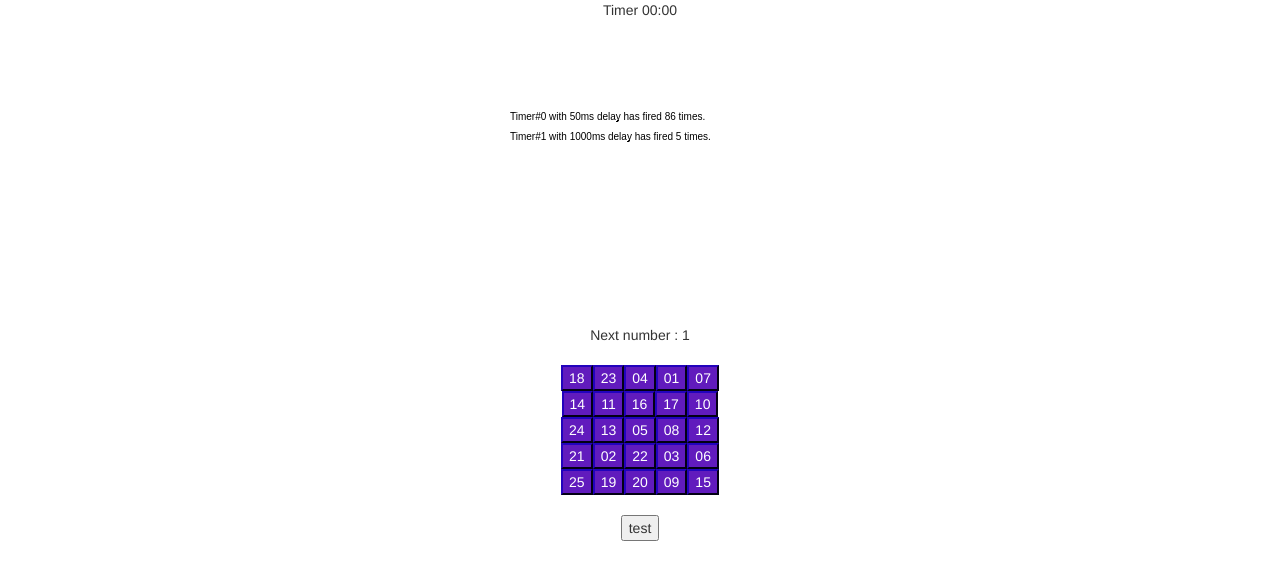
Repository: mikelily/lab
Page: oneTo25/game.2.html
The author's editor kept a record of every edit. The page is drawn from the files as they stood at one moment, then again after the next edit.
The browser window is 1280 px wide. The pictures show the whole page.

Above is the page before.

### oneTo25/game.2.html
<!DOCTYPE html>
<html>
    <head>
        <meta charset="UTF-8">
        <title>1 - 25</title>

        <meta name="viewport" content="width=device-width, initial-scale=1">
        <link href="css/bootstrap.min.css" rel="stylesheet">
        <link href="css/bootstrap-button.css" rel="stylesheet">

        <link href="css/style_ok.css" rel="stylesheet">
        <script type="text/javascript" src="js/jquery.js"></script>
        <script>
            var oneTo25 = [];
            // var oneTo25Random = [];
            for (var i=0;i<25;i++){
                if(i<9){
                    oneTo25[i] = "0"+(i+1);
                }else
                    oneTo25[i] = i+1;
            }

            $(document).ready(function () {
                placeBtn();
            });

            $(".num25").each(function (key, obj) {
                $(obj).data("num25", oneTo25[key]);
            })

            function placeBtn(){
                $("#nextN").text(nextNum);
                var html = "";
                var brNow = 0;
                random25();
                for (i = 0 ; i < 25 ; i++){
                    if(brNow==5){
                        html += "<br>";
                        brNow =0;
                    }
                    html += '<button type="button" name="btn'+oneTo25[i]+'" id="btn'+
                    oneTo25[i]+'"class="num25 btn-num" data-num25="btn'+oneTo25[i]+
                    '" onclick="btnClick('+oneTo25[i]+')">'+oneTo25[i]+' </button>';
                    brNow++;
                }
                $("#container").html(html);

            }
        </script>
    </head>
    <body>
        <center>
            <div> Timer 00:00</div>
            <canvas id="canvas" width=300 height=300></canvas>
            <div>
                <text>Next number : </text>
                <text id="nextN"></text>
            </div>
            <br>
            <div id="container"></div><br>
            <div>
                <button onclick="btnTest()">test</button>
            </div>
            <script>


            function btnTest(){
                placeBtn();
            }

            var nextNum = 1;
            var rightNum = -1;

            function btnClick(i){
                console.log(i);
                if(nextNum == i){
                    nextNum++;  //if nextNum == 26 -> End Game
                    if (nextNum == 26){
                        nextNum = 1;
                        //endGame
                    }


                    $("#nextN").text(nextNum);

                    if(i<10){
                        $("#btn0"+i).prop('disabled', true);
                        $("#btn0"+i).removeClass("btn-num");
                        $("#btn0"+i).addClass("btn-numC");
                    }else{
                        $("#btn"+i).prop('disabled', true);
                        $("#btn"+i).removeClass("btn-num");
                        $("#btn"+i).addClass("btn-numC");
                    }
                }


                //console.log(i);
            }

            function random25(){
                for(var i=0;i<50;i++){  //打亂50次
                    var twoNum = getRandomArray(0,24,2);
                    var j = twoNum[0];
                    var k = twoNum[1];
                    var temp = "";
                    temp = oneTo25[j];
                    oneTo25[j] = oneTo25[k];
                    oneTo25[k] = temp;
                    //console.log("第"+(i+1)+"次：change "+j+" , "+k);

                }
            }

            // =========Timer Code=========
            var canvas=document.getElementById("canvas");
            var ctx=canvas.getContext("2d");
            var cw=canvas.width;
            var ch=canvas.height;


            var timers=[];
            timers.push({delay:50,nextFireTime:0,doFunction:doTimers,counter:0});
            timers.push({delay:1000,nextFireTime:0,doFunction:doTimers,counter:0});
            //timers.push({delay:5000,nextFireTime:0,doFunction:doTimers,counter:0});

            requestAnimationFrame(timerLoop);

            function timerLoop(currentTime){
              requestAnimationFrame(timerLoop);

              for(var i=0;i<timers.length;i++){
                if(currentTime>timers[i].nextFireTime){
                  var t=timers[i];
                  t.nextFireTime=currentTime+t.delay;
                  t.doFunction(t,i);
                }
              }

            }

            function doTimers(t,i){
              ctx.clearRect(0,100+i*20-20,cw,20);
              ctx.fillText('Timer#'+i+' with '+t.delay+'ms delay has fired '+(++t.counter)+' times.',20,100+20*i);
            }
            // =========Timer Code=========


            function getRandom(minNum, maxNum) {	//取得 minNum(最小值) ~ maxNum(最大值) 之間的亂數
            	return Math.floor( Math.random() * (maxNum - minNum + 1) ) + minNum;
            }

            function getRandomArray(minNum, maxNum, n) {	//隨機產生不重覆的n個數字
            	var rdmArray = [n];		//儲存產生的陣列

            	for(var i=0; i<n; i++) {
            		var rdm = 0;		//暫存的亂數

            		do {
            			var exist = false;			//此亂數是否已存在
            			rdm = getRandom(minNum, maxNum);	//取得亂數

            			//檢查亂數是否存在於陣列中，若存在則繼續回圈
            			if(rdmArray.indexOf(rdm) != -1) exist = true;

            		} while (exist);	//產生沒出現過的亂數時離開迴圈

            		rdmArray[i] = rdm;
            	}
            	return rdmArray;
            }
            </script>
        </center>
    </body>
</html>

### oneTo25/css/bootstrap-button.css
.btn-num {
  color: #ffffff;
  background-color: #611BBD;
  border-color: #130269;
  /*size: 20;*/
}

.btn-num:hover,
.btn-num:focus,
.btn-num:active,
.btn-num.active,
.open .dropdown-toggle.btn-num {
  color: #ffffff;
  background-color: #49247A;
  border-color: #130269;
}

.btn-num:active,
.btn-num.active,
.open .dropdown-toggle.btn-num {
  background-image: none;
}

.btn-num.disabled,
.btn-num[disabled],
fieldset[disabled] .btn-num,
.btn-num.disabled:hover,
.btn-num[disabled]:hover,
fieldset[disabled] .btn-num:hover,
.btn-num.disabled:focus,
.btn-num[disabled]:focus,
fieldset[disabled] .btn-num:focus,
.btn-num.disabled:active,
.btn-num[disabled]:active,
fieldset[disabled] .btn-num:active,
.btn-num.disabled.active,
.btn-num[disabled].active,
fieldset[disabled] .btn-num.active {
  background-color: #611BBD;
  border-color: #130269;
}

.btn-num .badge {
  color: #611BBD;
  background-color: #ffffff;
}

/*=============================*/

.btn-numC {
  color: #ffffff;
  background-color: #E8E1F2;
  border-color: #F3F2FA;
}

.btn-numC:hover,
.btn-numC:focus,
.btn-numC:active,
.btn-numC.active,
.open .dropdown-toggle.btn-numC {
  color: #ffffff;
  background-color: #F0EAF7;
  border-color: #F3F2FA;
}

.btn-numC:active,
.btn-numC.active,
.open .dropdown-toggle.btn-numC {
  background-image: none;
}

.btn-numC.disabled,
.btn-numC[disabled],
fieldset[disabled] .btn-numC,
.btn-numC.disabled:hover,
.btn-numC[disabled]:hover,
fieldset[disabled] .btn-numC:hover,
.btn-numC.disabled:focus,
.btn-numC[disabled]:focus,
fieldset[disabled] .btn-numC:focus,
.btn-numC.disabled:active,
.btn-numC[disabled]:active,
fieldset[disabled] .btn-numC:active,
.btn-numC.disabled.active,
.btn-numC[disabled].active,
fieldset[disabled] .btn-numC.active {
  background-color: #E8E1F2;
  border-color: #F3F2FA;
}

.btn-numC .badge {
  color: #E8E1F2;
  background-color: #ffffff;
}

### oneTo25/css/style_ok.css
/* Base styles (regardless of theme) */
.bs-callout {
    margin: 20px 0;
    padding: 15px 30px 15px 15px;
    border-left: 5px solid #eee;
}

.bs-callout h4 {
    margin-top: 0;
}

.bs-callout p:last-child {
    margin-bottom: 0;
}

.bs-callout code,
.bs-callout .highlight {
    background-color: #fff;
}

/* Themes for different contexts */
.bs-callout-danger {
    background-color: #fcf2f2;
    border-color: #dFb5b4;
}

.bs-callout-warning {
    background-color: #fefbed;
    border-color: #f1e7bc;
}

.bs-callout-info {
    background-color: #f0f7fd;
    border-color: #d0e3f0;
}

.bs-callout-danger h4,
.bs-callout-danger a.alert-link {
    color: #B94A48;
}

.bs-callout-warning h4,
.bs-callout-warning a.alert-link {
    color: #C09853;
}

.bs-callout-info h4,
.bs-callout-info a.alert-link {
    color: #3A87AD;
}

.bs-callout a.alert-link {
    font-weight: bold;
}

Loaded but not shown: oneTo25/css/bootstrap.min.css (library); oneTo25/js/jquery.js (library)

After the next edit:
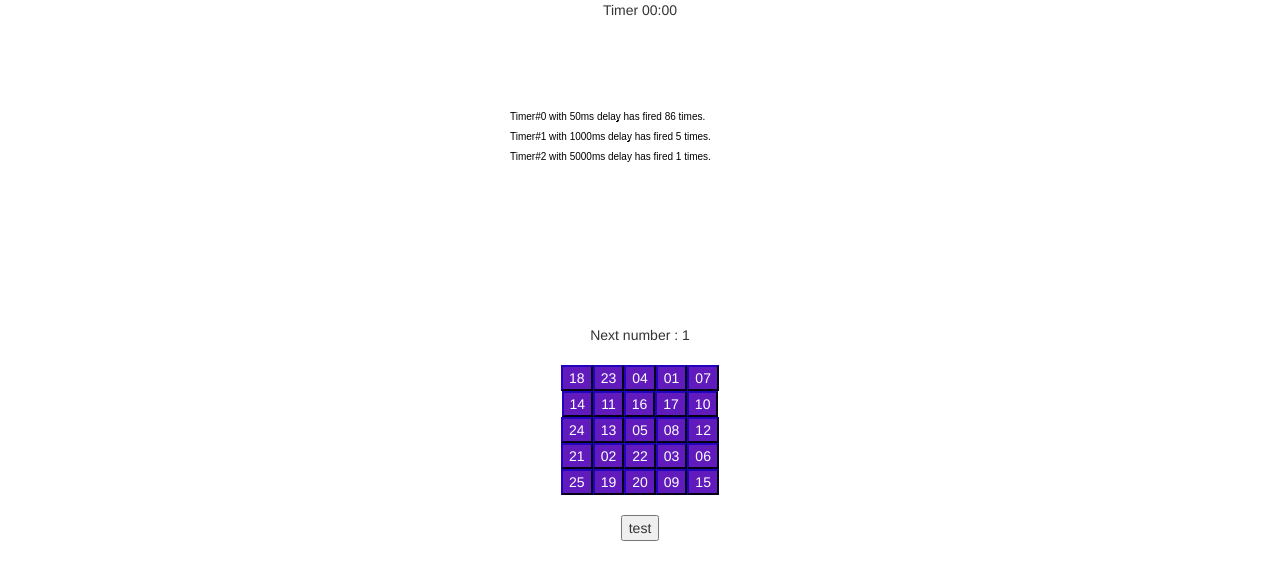
The edit:
--- a/oneTo25/game.2.html
+++ b/oneTo25/game.2.html
@@ -122,7 +122,7 @@
             var timers=[];
             timers.push({delay:50,nextFireTime:0,doFunction:doTimers,counter:0});
             timers.push({delay:1000,nextFireTime:0,doFunction:doTimers,counter:0});
-            //timers.push({delay:5000,nextFireTime:0,doFunction:doTimers,counter:0});
+            timers.push({delay:5000,nextFireTime:0,doFunction:doTimers,counter:0});
 
             requestAnimationFrame(timerLoop);
 
